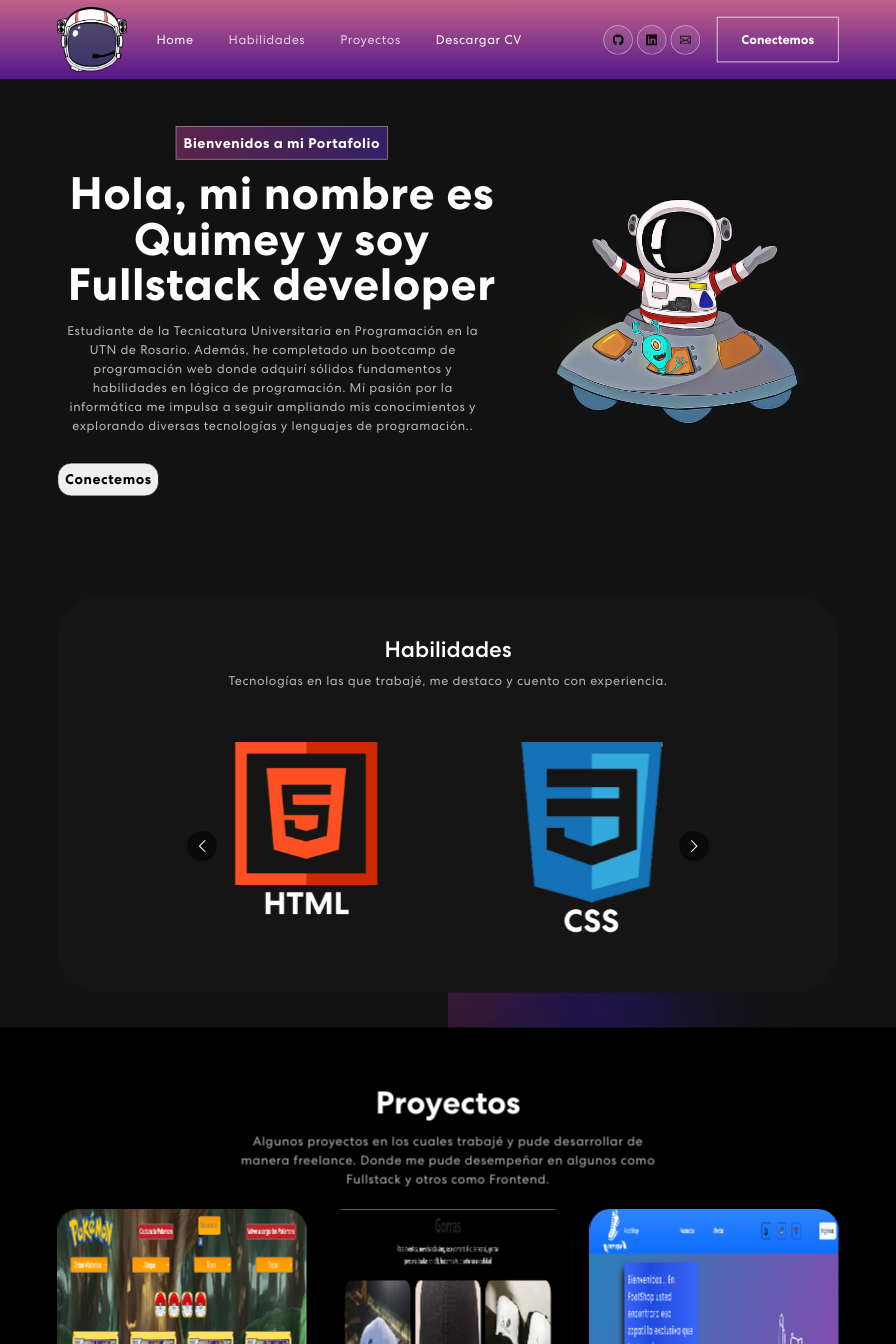
Repository: QuimeyAlejo/Portafolio-V2
Page: /
These files come from the project's save history. The page is drawn as it stood at one moment and after the next save; the edit follows.
The browser window is 1280 px wide. The pictures show the part of the page from y = 0 to 1920 px (the page is 3204 px tall), at 70% of full size.
The project was rebuilt for these pictures with package versions that can differ from the ones it lists, and the page was loaded fresh each time. Imported but missing from the stored project, and not drawn on this page: src/components/Curriculum/QuimeyAlejoLopezDeveloper.pdf.

Above is the page before, as saved 2024-04-29 10:54:45.

After the next save:
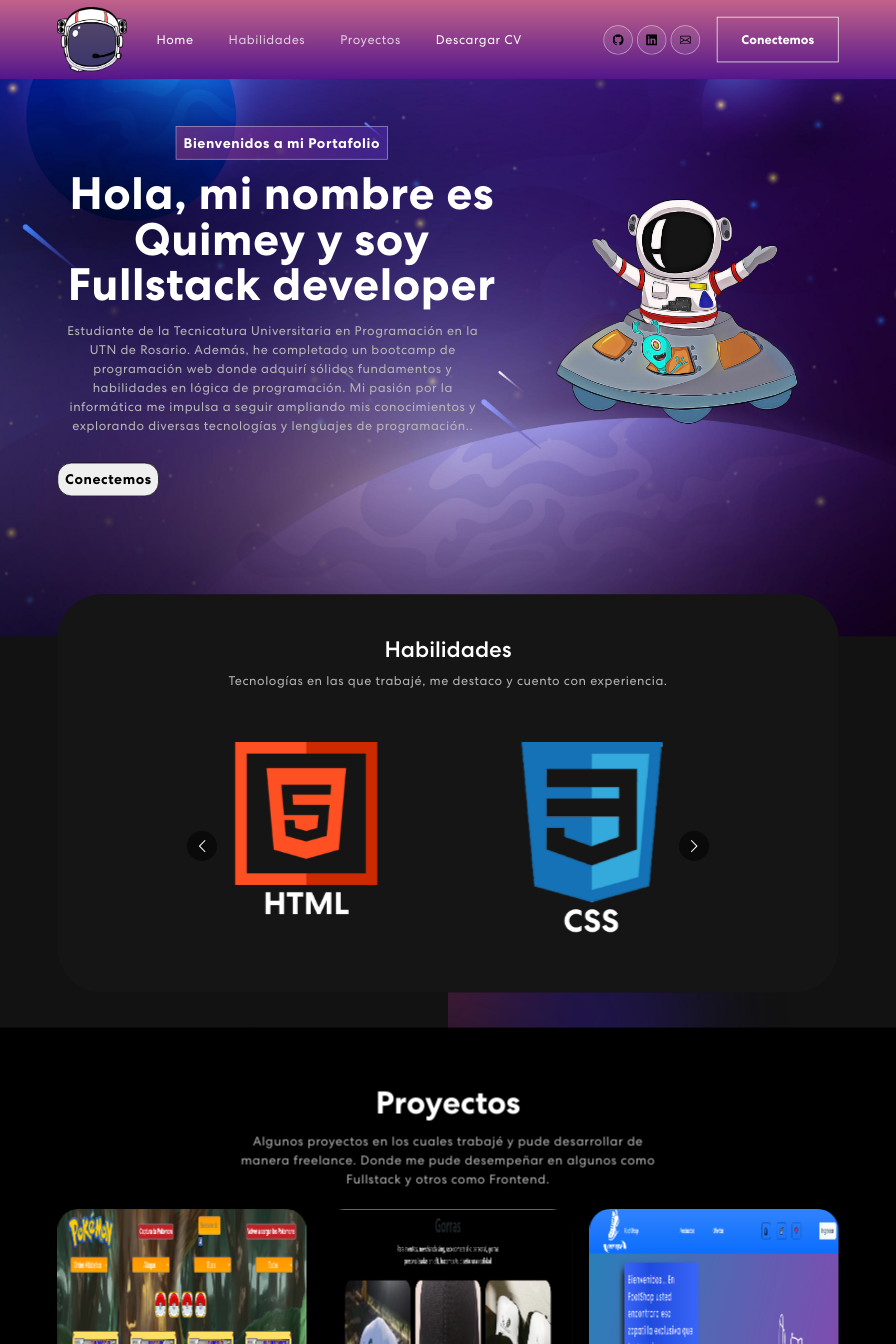
Saved 14 s later.
--- a/src/components/Banner/banner.module.css
+++ b/src/components/Banner/banner.module.css
@@ -4,11 +4,8 @@
 .banner{
     margin-top: -80px;
     padding: 260px 0 200px 0;
-    /* background-image: url(../../assets/img/5437630.jpg); */
+    background-image: url(../../assets/img/5437630.jpg);
     /* background-image: url(../../assets/img/html.jpg); */
-
-    /* background-image: url(../../assets/img/banner-bg.png); */
-    /* background-image: url(https://img.freepik.com/vector-gratis/fondo-galaxia-realista_23-2148965897.jpg?w=996&t=st=1671127329~exp=1671127929~hmac=db75d7d99f8cba6df1bbc24728133180646ddbb984fffd64c320db0d157d8165); */
     background-position: top center;
     background-size: cover;
     background-repeat: no-repeat;
